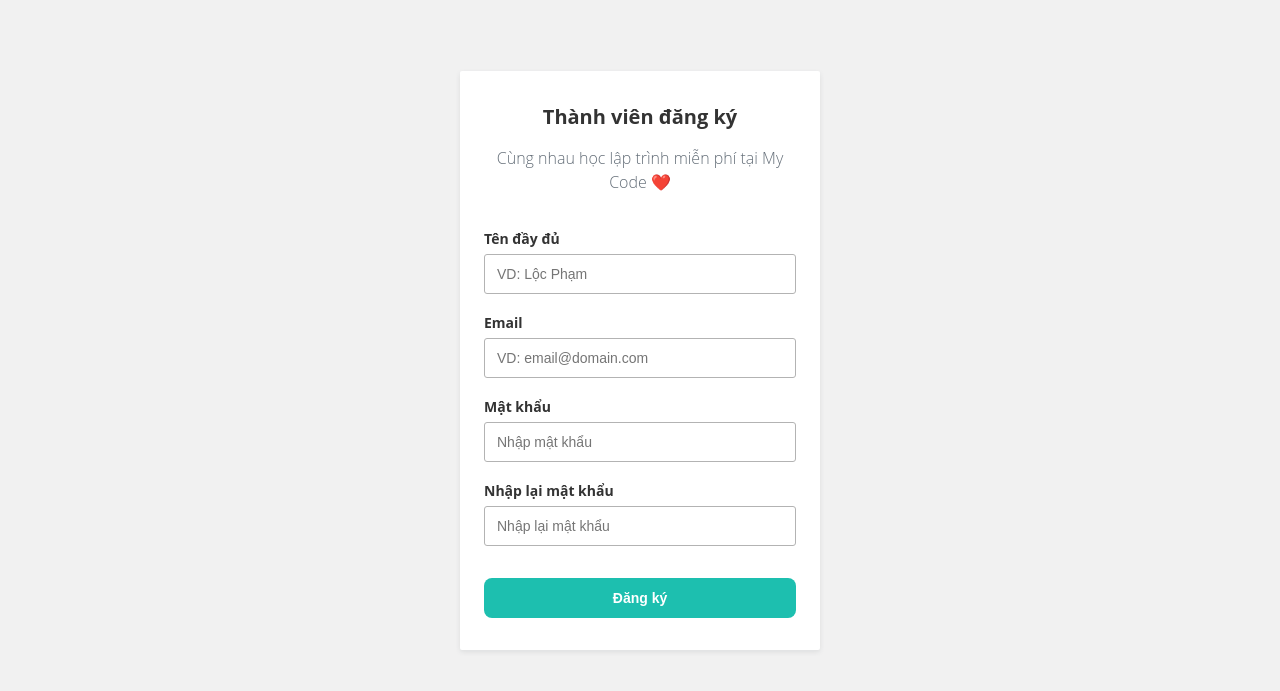
Repository: locpham050100/form-register
Page: index.html
An editor plug-in stored every save of this project. The page is shown before and after the next save, followed by the edit.
The browser window is 1280 px wide. The pictures show the whole page.

Above is the page before, as saved 2022-09-19 10:31:46.

### index.html
<!DOCTYPE html>
<html lang="en">
  <head>
    <meta charset="UTF-8" />
    <meta http-equiv="X-UA-Compatible" content="IE=edge" />
    <meta name="viewport" content="width=device-width, initial-scale=1.0" />
    <title>Document</title>

    <link rel="stylesheet" href="./assets/css/style.css">
  </head>
  <body>
    <div class="main">
      <form action="" method="POST" class="form" id="form-1">
        <h3 class="heading">Thành viên đăng ký</h3>
        <p class="desc">Cùng nhau học lập trình miễn phí tại My Code ❤️</p>

        <div class="spacer"></div>

        <div class="form-group">
          <label for="fullname" class="form-label">Tên đầy đủ</label>
          <input
            id="fullname"
            name="fullname"
            type="text"
            placeholder="VD: Lộc Phạm"
            class="form-control"
          />
          <span class="form-message"></span>
        </div>

        <div class="form-group">
          <label for="email" class="form-label">Email</label>
          <input
            id="email"
            name="email"
            type="text"
            placeholder="VD: email@domain.com"
            class="form-control"
          />
          <span class="form-message"></span>
        </div>

        <div class="form-group">
          <label for="password" class="form-label">Mật khẩu</label>
          <input
            id="password"
            name="password"
            type="password"
            placeholder="Nhập mật khẩu"
            class="form-control"
          />
          <span class="form-message"></span>
        </div>

        <div class="form-group">
          <label for="password_confirmation" class="form-label"
            >Nhập lại mật khẩu</label
          >
          <input
            id="password_confirmation"
            name="password_confirmation"
            placeholder="Nhập lại mật khẩu"
            type="password"
            class="form-control"
          />
          <span class="form-message"></span>
        </div>

        <button class="form-submit">Đăng ký</button>
      </form>
    </div>

    <script src="./assets/script/script.js"></script>
  </body>
</html>

### assets/css/style.css
* {
    padding: 0;
    margin: 0;
    box-sizing: border-box;
  }
  html {
    color: #333;
    font-size: 62.5%;
    font-family: "Open Sans", sans-serif;
  }
  .main {
    background: #f1f1f1;
    min-height: 100vh;
    display: flex;
    justify-content: center;
  }
  .form {
    width: 360px;
    min-height: 100px;
    padding: 32px 24px;
    text-align: center;
    background: #fff;
    border-radius: 2px;
    margin: 24px;
    align-self: center;
    box-shadow: 0 2px 5px 0 rgba(51, 62, 73, 0.1);
  }
  .form .heading {
    font-size: 2rem;
  }
  .form .desc {
    text-align: center;
    color: #636d77;
    font-size: 1.6rem;
    font-weight: lighter;
    line-height: 2.4rem;
    margin-top: 16px;
    font-weight: 300;
  }

  .form-group {
    display: flex;
    margin-bottom: 16px;
    flex-direction: column;
  }

  .form-label,
  .form-message {
    text-align: left;
  }

  .form-label {
    font-weight: 700;
    padding-bottom: 6px;
    line-height: 1.8rem;
    font-size: 1.4rem;
  }

  .form-control {
    height: 40px;
    padding: 8px 12px;
    border: 1px solid #b3b3b3;
    border-radius: 3px;
    outline: none;
    font-size: 1.4rem;
  }

  .form-control:hover {
    border-color: #1dbfaf;
  }

  .form-group.invalid .form-control {
    border-color: #f33a58;
  }

  .form-group.invalid .form-message {
    color: #f33a58;
  }

  .form-message {
    font-size: 1.2rem;
    line-height: 1.6rem;
    padding: 4px 0 0;
  }

  .form-submit {
    outline: none;
    background-color: #1dbfaf;
    margin-top: 12px;
    padding: 12px 16px;
    font-weight: 600;
    color: #fff;
    border: none;
    width: 100%;
    font-size: 14px;
    border-radius: 8px;
    cursor: pointer;
  }

  .form-submit:hover {
    background-color: #1ac7b6;
  }

  .spacer {
    margin-top: 36px;
  }

Loaded but not shown: assets/script/script.js (no copy from this time; the picture is the same without it)

After the next save:
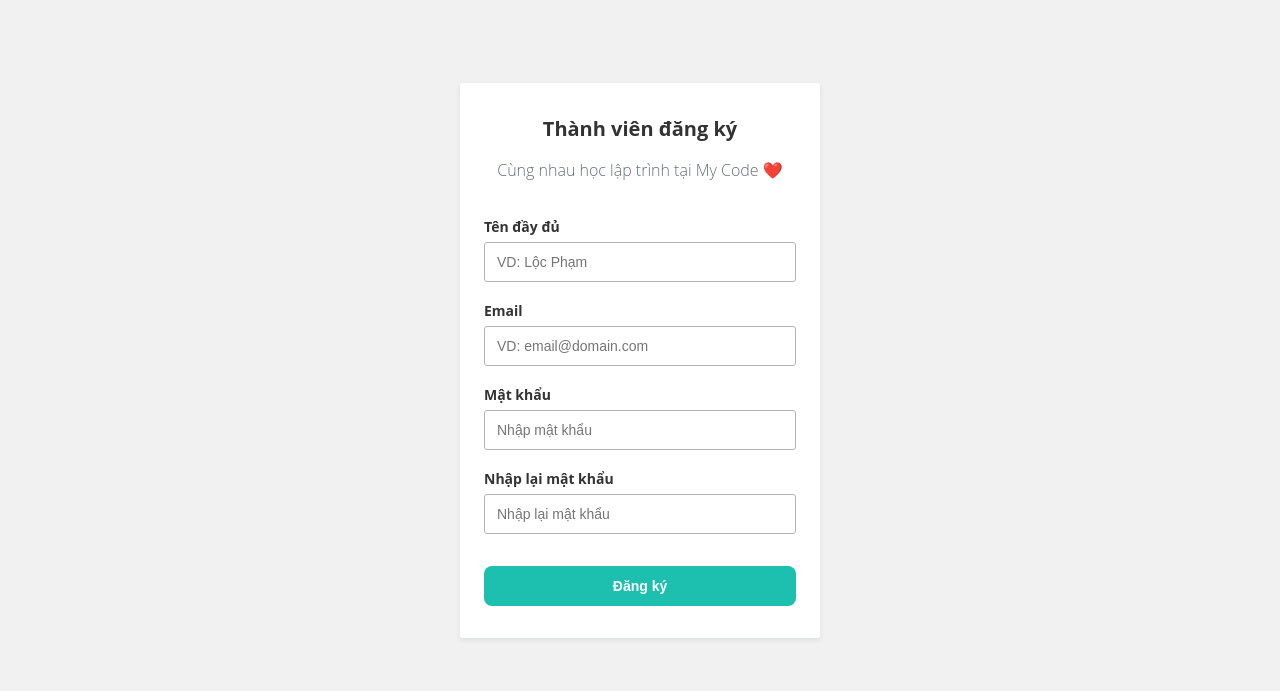
Saved 21 s later.
--- a/index.html
+++ b/index.html
@@ -12,7 +12,7 @@
     <div class="main">
       <form action="" method="POST" class="form" id="form-1">
         <h3 class="heading">Thành viên đăng ký</h3>
-        <p class="desc">Cùng nhau học lập trình miễn phí tại My Code ❤️</p>
+        <p class="desc">Cùng nhau học lập trình tại My Code ❤️</p>
 
         <div class="spacer"></div>
 
